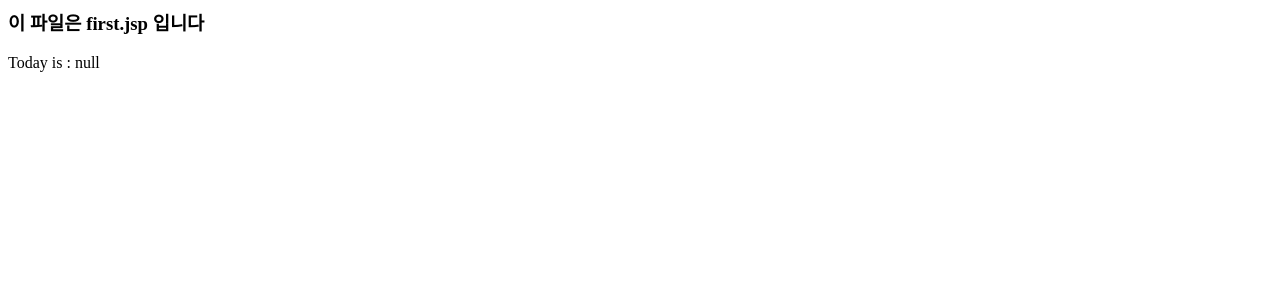
Repository: pojh5090/JspProgramming
Page: http://localhost/JSPBook/ch04/param02.jsp
The author's editor kept a copy of each file at every save. The page is drawn from the files as they stood at one save, then again after the next save.
The browser window is 1280 px wide. The pictures show the whole page.
The page is served by Tomcat 9. Other server files are loaded and not shown.

Above is the page before, as saved 2020-03-21 07:56:55.

### JSPBook/WebContent/ch04/param02.jsp
<%@ page language="java" contentType="text/html; charset=UTF-8"
    pageEncoding="UTF-8"%>
<!DOCTYPE html PUBLIC>
<html>
<head>
<meta http-equiv="Content-Type" content="text/html; charset=UTF-8">
<title>Action Tag</title>
</head>
<body>
	<h3>이 파일은 first.jsp 입니다</h3>
	<jsp:include page="second.jsp">
		<jsp:param name="date" value="<%=new java.util.Date()%>" />
	</jsp:include>
</body>
</html>

### JSPBook/WebContent/ch04/second.jsp
<%@ page language="java" contentType="text/html; charset=UTF-8"
    pageEncoding="UTF-8"%>
<!DOCTYPE html PUBLIC>
<html>
<head>
<meta http-equiv="Content-Type" content="text/html; charset=UTF-8">
<title>Action Tag</title>
</head>
<body>
	Today is : <%=request.getParameter("data") %>
</body>
</html>

### JSPBook/WebContent/ch04/param01_date.jsp
<%@ page language="java" contentType="text/html; charset=UTF-8"
    pageEncoding="UTF-8"%>
<!DOCTYPE html PUBLIC>
<html>
<head>
<meta http-equiv="Content-Type" content="text/html; charset=UTF-8">
<title>Action Tag</title>
</head>
<body>
	<h2>forward 액션 태그</h2>
	<jsp:forward page="forward_date.jsp" />
	<p>----------------------------------
</body>
</html>

### JSPBook/WebContent/ch04/forward_date.jsp
<%@ page language="java" contentType="text/html; charset=UTF-8"
    pageEncoding="UTF-8"%>
<!DOCTYPE html PUBLIC>
<html>
<head>
<meta http-equiv="Content-Type" content="text/html; charset=UTF-8">
<title>Action Tag</title>
</head>
<body>
	<p>오늘의 날짜 및 시간
	<p><%=(new java.util.Date()).toLocaleString() %>
</body>
</html>

After the next save:
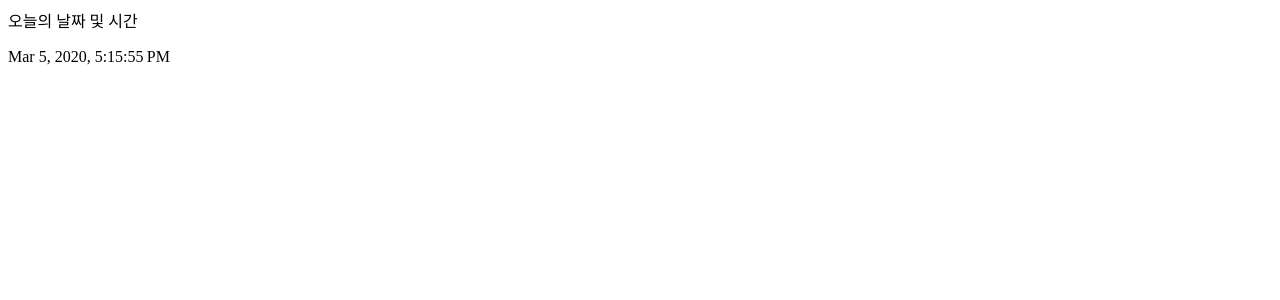
Saved 3 min 37 s later.
--- a/JSPBook/WebContent/ch04/param02.jsp
+++ b/JSPBook/WebContent/ch04/param02.jsp
@@ -7,9 +7,11 @@
 <title>Action Tag</title>
 </head>
 <body>
-	<h3>이 파일은 first.jsp 입니다</h3>
-	<jsp:include page="second.jsp">
-		<jsp:param name="date" value="<%=new java.util.Date()%>" />
-	</jsp:include>
+	<h3>param 액션 태그</h3>
+	<jsp:forward page="param01_date.jsp">
+		<jsp:param name="id" value="admin" />
+		<jsp:param name="name" value='<%=java.net.URLEncoder.encode("관리자")%>' />
+	</jsp:forward>
+	<p>Java Server Page
 </body>
 </html>
